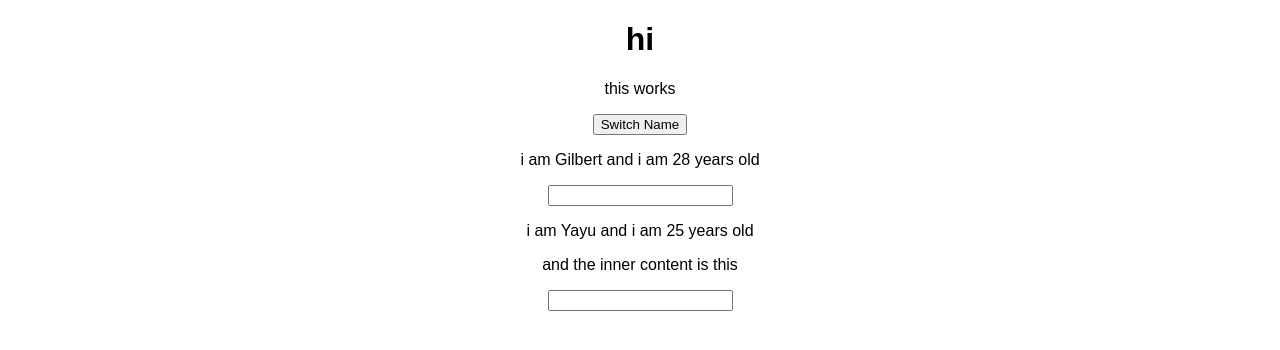
Repository: toni783/udemy_react
Page: / (app in react-complete-guide/)
An editor plug-in stored every save of this project. The page is shown before and after the next save, followed by the edit.
The browser window is 1280 px wide. The pictures show the whole page.
The project was rebuilt for these pictures with package versions that can differ from the ones it lists, and the page was loaded fresh each time.

Above is the page before, as saved 2020-01-23 10:29:38.

### react-complete-guide/src/App.js
// class based approach
import React, { Component } from "react";
import "./App.css";

import Person from "./Person/Person";

class App extends Component {
  state = {
    persons: [
      {
        name: "Gilbert",
        age: 28
      },
      {
        name: "Yayu",
        age: 25
      }
    ],
    otherProperty: "anything can be here "
  };

  switchNameHandler = name => {
    // console.log('button clicked')
    this.setState({
      persons: [
        {
          name: name,
          age: 28
        },
        {
          name: "Yayu edited",
          age: 25
        }
      ]
    });
  };

  nameChangeHandler = event => {
    this.setState({
      persons: [
        {
          name: "Gilbert",
          age: 28
        },
        {
          name: event.target.value,
          age: 25
        }
      ]
    });
  };

  render() {
    return (
      <div className="App">
        <h1>hi </h1>
        <p>this works </p>

        <button
          onClick={() => this.switchNameHandler("Gilbert with arrow function ")}
        >
          {" "}
          Switch Name{" "}
        </button>

        <Person
          clicked={this.switchNameHandler.bind(this, "Gilbert with binding")}
          name={this.state.persons[0].name}
          age={this.state.persons[0].age}
        />

        <Person
          name={this.state.persons[1].name}
          age={this.state.persons[1].age}
          changed={this.nameChangeHandler}
        >
          {" "}
          and the inner content is this{" "}
        </Person>
      </div>
    );
  }
}

export default App;

// functional  based approach
// import React, { useState } from 'react';
// import './App.css';

// import Person from './Person/Person'

//  const app = props => {

//   const [personState, setPersonState] = useState(
//     {
//       persons: [
//         {
//           name: 'Gilbert',
//           age: 28
//         },
//         {
//           name: 'Yayu',
//           age: 25
//         }
//       ],
//      otherProperty: 'anything can be here '
//     }
//   );

//   const [otherState, setOtherState] =  useState({  otherProperty: 'anything can be here in other state '});

//   const switchNameHandler = () =>{
//     // console.log('button clicked')
//     setPersonState(
//       {
//         persons: [
//           {
//             name: 'Gilbert edited',
//             age: 28
//           },
//           {
//             name: 'Yayu edited',
//             age: 25
//           }
//         ]
//       }
//     );
//   }

// console.log(personState, otherState)

//     return (
//       <div className="App">
//            <h1>hi </h1>
//           <p>this works </p>

//           <button onClick={switchNameHandler}> Switch Name  </button>

//           <Person name={personState.persons[0].name} age={personState.persons[0].age}/>

//           <Person name={personState.persons[1].name} age={personState.persons[1].age}> and the inner content is this </Person>

//       </div>
//     );

// }

// export default app;

### react-complete-guide/src/Person/Person.js
import React from "react";

const person = props => {
  return (
    <div>
      <p onClick={props.clicked}>
        i am {props.name} and i am {props.age} years old{" "}
      </p>
      <p> {props.children} </p>

      <input onChange={props.changed} type="text" />
    </div>
  );
};

export default person;

Loaded but not shown: react-complete-guide/public/index.html (common file); react-complete-guide/src/index.js (common file); react-complete-guide/src/index.css (common file); react-complete-guide/src/registerServiceWorker.js (common file); react-complete-guide/src/App.css (common file)

After the next save:
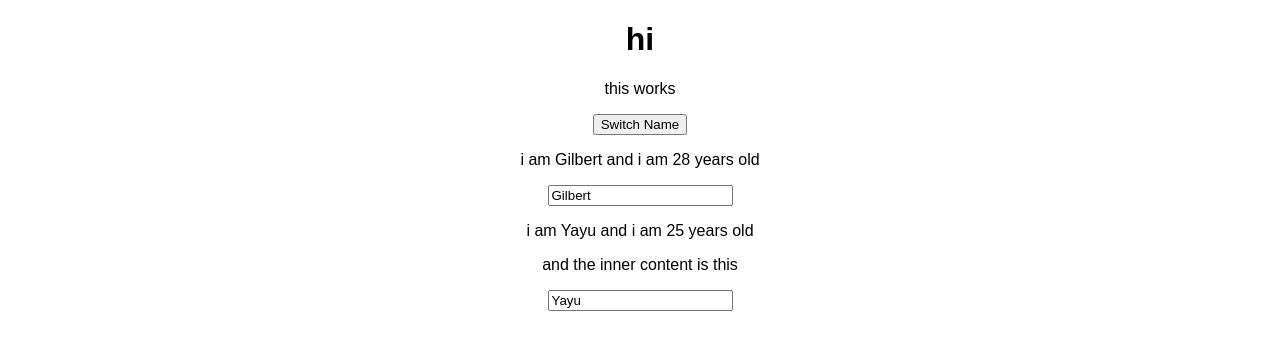
Saved 26 s later.
--- a/react-complete-guide/src/Person/Person.js
+++ b/react-complete-guide/src/Person/Person.js
@@ -8,7 +8,7 @@ const person = props => {
       </p>
       <p> {props.children} </p>
 
-      <input onChange={props.changed} type="text" />
+      <input onChange={props.changed} value={props.name} type="text" />
     </div>
   );
 };
